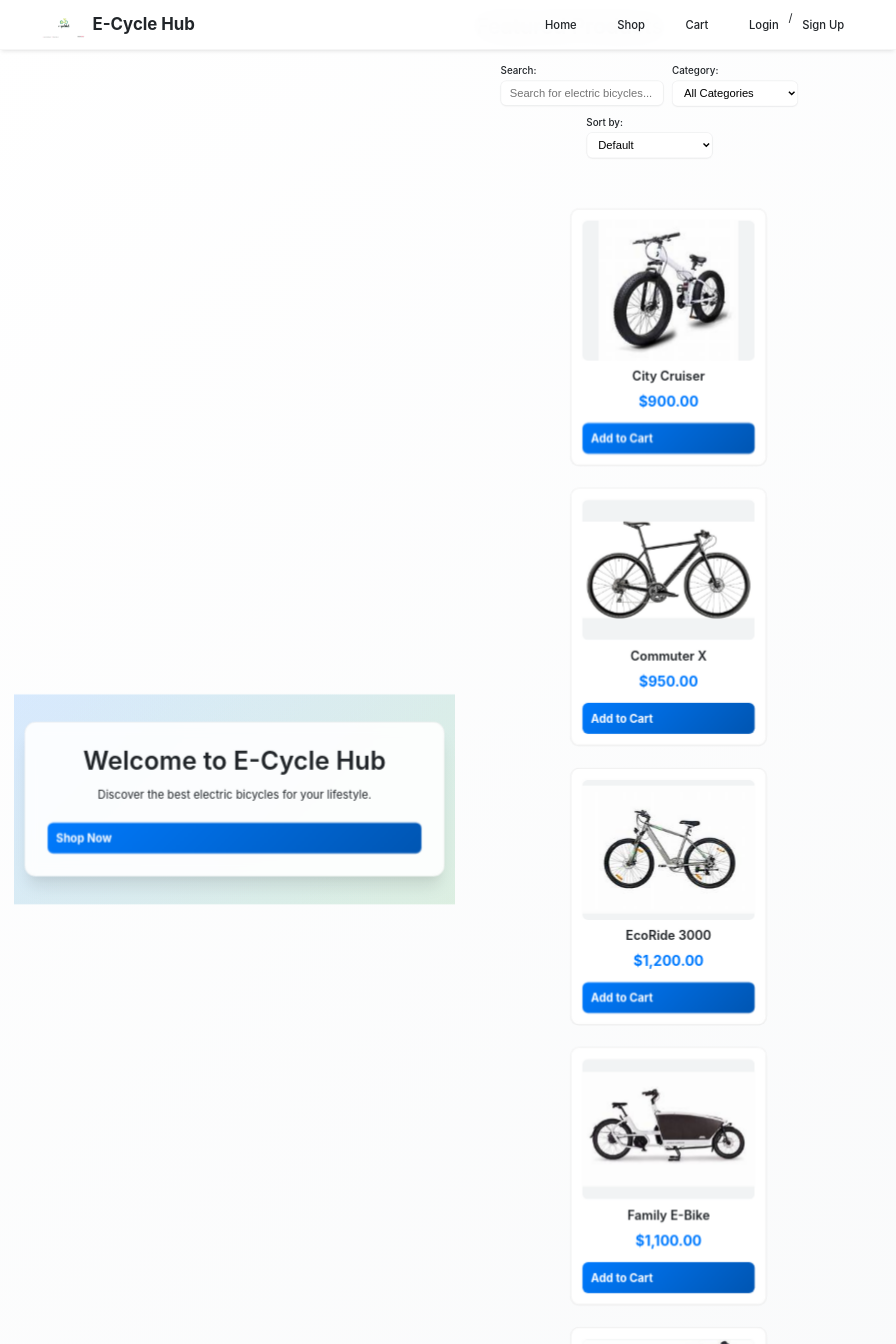
Repository: Rutuja-g/E-Cycle-Hub
Page: public/index.html
An editor plug-in stored every save of this project. The page is shown before and after the next save, followed by the edit.
The browser window is 1280 px wide. The pictures show the part of the page from y = 0 to 1920 px (the page is 2662 px tall before and 1730 px after), at 70% of full size.

Above is the page before, as saved 2025-10-26 00:31:22.

### public/index.html
<!DOCTYPE html>
<html lang="en">
  <head>
    <meta charset="UTF-8" />
    <meta name="viewport" content="width=device-width, initial-scale=1.0" />
    <title>E-Cycle Hub - Home</title>
    <link rel="stylesheet" href="css/variables.css" />
    <link rel="stylesheet" href="css/main.css" />
    <link rel="stylesheet" href="css/auth.css" />
    <link
      rel="stylesheet"
      href="https://cdnjs.cloudflare.com/ajax/libs/font-awesome/6.0.0-beta3/css/all.min.css"
    />
  </head>
  <body>
    <div id="header"></div>

    <main>
      <section class="welcome">
        <div class="welcome-content">
          <h1>Welcome to E-Cycle Hub</h1>
          <p>Discover the best electric bicycles for your lifestyle.</p>
          <a href="shop.html" class="btn btn-primary">Shop Now</a>
        </div>
      </section>

      <section class="featured-products">
        <div class="container">
          <h2>Featured Products</h2>
          <div class="grid grid--featured">
            <!-- Products will be loaded here -->
          </div>
        </div>
      </section>
    </main>

    <footer>
      <div id="footer"></div>
    </footer>

    <!-- Product Details Modal -->
    <div id="productModal" class="modal">
      <div class="modal-content">
        <span class="close">&times;</span>
        <div class="modal-body">
          <img id="modalImage" src="" alt="Product Image" />
          <h2 id="modalName"></h2>
          <p id="modalDescription"></p>
          <button id="modalAddToCart" class="btn btn-primary">
            Add to Cart
          </button>
        </div>
      </div>
    </div>

    <script src="js/components.js"></script>
    <script src="js/utils.js"></script>
    <script src="js/main.js"></script>
    <script src="js/auth.js"></script>
  </body>
</html>

### public/css/variables.css
:root {
  /* Enhanced Color Palette */
  --primary-color: #007bff; /* Electric Blue */
  --primary-hover: #0056b3; /* Darker Blue for hover */
  --primary-light: #e3f2fd; /* Light Blue Background */
  --primary-gradient: linear-gradient(135deg, #007bff 0%, #0056b3 100%);
  --secondary-color: #28a745; /* Success Green */
  --secondary-hover: #218838; /* Darker Green */
  --secondary-light: #e8f5e8; /* Light Green Background */
  --secondary-gradient: linear-gradient(135deg, #28a745 0%, #218838 100%);
  --accent-color: #ffc107; /* Warning Yellow */
  --accent-hover: #e0a800; /* Darker Yellow */
  --accent-light: #fff8e1; /* Light Yellow Background */
  --danger-color: #dc3545; /* Danger Red */
  --danger-hover: #c82333; /* Darker Red */
  --danger-light: #fce4e4; /* Light Red Background */

  /* Neutral Colors */
  --background-color: #ffffff; /* Pure White */
  --background-gradient: linear-gradient(135deg, #ffffff 0%, #f8f9fa 100%);
  --surface-color: #f8f9fa; /* Light Gray Surface */
  --surface-light: #f1f3f4; /* Very Light Surface */
  --card-color: #ffffff; /* Card Background */
  --text-color: #212529; /* Dark Gray Text */
  --text-muted: #6c757d; /* Muted Text */
  --text-light: #868e96; /* Lighter Text */
  --border-color: #dee2e6; /* Light Border */
  --border-light: #f1f3f4; /* Very Light Border */
  --border-focus: #007bff; /* Focus Border */

  /* Typography */
  --font-family: "Poppins", -apple-system, BlinkMacSystemFont, "Segoe UI",
    Roboto, sans-serif;
  --font-size-xs: 0.75rem; /* 12px */
  --font-size-sm: 0.875rem; /* 14px */
  --font-size-base: 1rem; /* 16px */
  --font-size-lg: 1.125rem; /* 18px */
  --font-size-xl: 1.25rem; /* 20px */
  --font-size-2xl: 1.5rem; /* 24px */
  --font-size-3xl: 1.875rem; /* 30px */
  --font-size-4xl: 2.25rem; /* 36px */
  --font-size-5xl: 3rem; /* 48px */

  --font-weight-light: 300;
  --font-weight-normal: 400;
  --font-weight-medium: 500;
  --font-weight-semibold: 600;
  --font-weight-bold: 700;

  --line-height-tight: 1.25;
  --line-height-normal: 1.5;
  --line-height-relaxed: 1.75;

  /* Spacing Scale */
  --spacing-xs: 0.25rem; /* 4px */
  --spacing-sm: 0.5rem; /* 8px */
  --spacing-md: 0.75rem; /* 12px */
  --spacing-lg: 1rem; /* 16px */
  --spacing-xl: 1.25rem; /* 20px */
  --spacing-2xl: 1.5rem; /* 24px */
  --spacing-3xl: 2rem; /* 32px */
  --spacing-4xl: 2.5rem; /* 40px */
  --spacing-5xl: 3rem; /* 48px */
  --spacing-6xl: 4rem; /* 64px */

  /* Layout */
  --max-width-xs: 20rem; /* 320px */
  --max-width-sm: 24rem; /* 384px */
  --max-width-md: 28rem; /* 448px */
  --max-width-lg: 32rem; /* 512px */
  --max-width-xl: 36rem; /* 576px */
  --max-width-2xl: 42rem; /* 672px */
  --max-width-3xl: 48rem; /* 768px */
  --max-width-4xl: 56rem; /* 896px */
  --max-width-5xl: 64rem; /* 1024px */
  --max-width-6xl: 72rem; /* 1152px */
  --max-width-7xl: 80rem; /* 1280px */
  --max-width-full: 100%;

  /* Border Radius */
  --border-radius-none: 0;
  --border-radius-sm: 0.125rem; /* 2px */
  --border-radius: 0.25rem; /* 4px */
  --border-radius-md: 0.375rem; /* 6px */
  --border-radius-lg: 0.5rem; /* 8px */
  --border-radius-xl: 0.75rem; /* 12px */
  --border-radius-2xl: 1rem; /* 16px */
  --border-radius-3xl: 1.5rem; /* 24px */
  --border-radius-full: 9999px;

  /* Enhanced Shadows */
  --shadow-sm: 0 1px 2px 0 rgba(0, 0, 0, 0.05);
  --shadow: 0 1px 3px 0 rgba(0, 0, 0, 0.1), 0 1px 2px 0 rgba(0, 0, 0, 0.06);
  --shadow-md: 0 4px 6px -1px rgba(0, 0, 0, 0.1),
    0 2px 4px -1px rgba(0, 0, 0, 0.06);
  --shadow-lg: 0 10px 15px -3px rgba(0, 0, 0, 0.1),
    0 4px 6px -2px rgba(0, 0, 0, 0.05);
  --shadow-xl: 0 20px 25px -5px rgba(0, 0, 0, 0.1),
    0 10px 10px -5px rgba(0, 0, 0, 0.04);
  --shadow-2xl: 0 25px 50px -12px rgba(0, 0, 0, 0.25);
  --shadow-inner: inset 0 2px 4px 0 rgba(0, 0, 0, 0.06);
  --shadow-glow: 0 0 20px rgba(0, 123, 255, 0.3);

  /* Transitions */
  --transition-fast: 150ms ease-in-out;
  --transition-normal: 250ms ease-in-out;
  --transition-slow: 350ms ease-in-out;

  /* Z-Index Scale */
  --z-dropdown: 1000;
  --z-sticky: 1020;
  --z-fixed: 1030;
  --z-modal-backdrop: 1040;
  --z-modal: 1050;
  --z-popover: 1060;
  --z-tooltip: 1070;
}

### public/css/auth.css
/* Enhanced Auth styles for login and signup pages */

body {
  margin: 0;
  font-family: var(--font-family);
  line-height: var(--line-height-normal);
  color: var(--text-color);
  background: var(--background-gradient);
  min-height: 100vh;
  display: flex;
  flex-direction: column;
  -webkit-font-smoothing: antialiased;
  -moz-osx-font-smoothing: grayscale;
}

header,
footer {
  background: var(--header-footer-bg, #f8f8f8);
  padding: 20px 0;
}

main {
  flex: 1;
  display: flex;
  align-items: center;
  justify-content: center;
  padding: 20px;
}

.login-form,
.signup-form {
  background: rgba(255, 255, 255, 0.95);
  backdrop-filter: blur(20px);
  padding: 40px;
  border-radius: var(--border-radius-xl);
  box-shadow: var(--shadow-2xl);
  border: 1px solid rgba(255, 255, 255, 0.2);
  width: 100%;
  max-width: 350px;
  text-align: center;
  animation: slideUp 0.8s ease-out;
  position: relative;
  overflow: hidden;
}

.login-form::before,
.signup-form::before {
  content: "";
  position: absolute;
  top: 0;
  left: -100%;
  width: 100%;
  height: 100%;
  background: linear-gradient(
    90deg,
    transparent,
    rgba(0, 123, 255, 0.05),
    transparent
  );
  transition: left 0.8s ease;
  z-index: -1;
}

.login-form:hover::before,
.signup-form:hover::before {
  left: 100%;
}

.login-form h2,
.signup-form h2 {
  font-size: 2em;
  margin-bottom: 30px;
  color: var(--primary-color, #4caf50);
  font-weight: bold;
}

.form-group {
  margin-bottom: 20px;
  text-align: left;
}

.form-group label {
  display: block;
  margin-bottom: 5px;
  font-weight: bold;
  color: var(--text-color, #333);
}

.form-group input {
  width: 100%;
  padding: 12px;
  border: 1px solid #ddd;
  border-radius: var(--border-radius, 5px);
  background: #f9f9f9;
  font-size: 1em;
  transition: all 0.3s ease;
  box-sizing: border-box;
}

.form-group input:focus {
  outline: none;
  background: #fff;
  border-color: var(--primary-color, #4caf50);
  box-shadow: 0 0 0 3px rgba(76, 175, 80, 0.3);
}

.btn {
  width: 100%;
  padding: 12px;
  background: var(--primary-gradient);
  color: white;
  border: none;
  border-radius: var(--border-radius-lg);
  font-size: 1em;
  font-weight: bold;
  cursor: pointer;
  transition: all var(--transition-normal);
  margin-top: 10px;
  box-shadow: var(--shadow-sm);
  position: relative;
  overflow: hidden;
}

.btn::before {
  content: "";
  position: absolute;
  top: 0;
  left: -100%;
  width: 100%;
  height: 100%;
  background: linear-gradient(
    90deg,
    transparent,
    rgba(255, 255, 255, 0.2),
    transparent
  );
  transition: left 0.5s ease;
}

.btn:hover {
  background: var(--primary-gradient);
  transform: translateY(-3px) scale(1.02);
  box-shadow: var(--shadow-lg);
  animation: glow 0.6s ease-in-out;
}

.btn:hover::before {
  left: 100%;
}

.btn:active {
  transform: translateY(-1px) scale(0.98);
}

.login-form p,
.signup-form p {
  margin-top: 20px;
  font-size: 0.9em;
  color: #666;
}

.login-form a,
.signup-form a {
  color: var(--primary-color, #4caf50);
  text-decoration: none;
  transition: color 0.3s ease;
}

.login-form a:hover,
.signup-form a:hover {
  color: #388e3c;
  text-decoration: underline;
}

.error {
  color: var(--secondary-color, #ff5722);
  font-size: 0.8em;
  margin-top: 5px;
  display: block;
  opacity: 0;
  transition: opacity 0.3s ease;
}

.error.show {
  opacity: 1;
}

.success {
  color: var(--primary-color, #4caf50);
  font-size: 0.9em;
  margin-top: 10px;
  opacity: 0;
  transition: opacity 0.3s ease;
}

.success.show {
  opacity: 1;
}

.logo-auth {
  margin-bottom: 20px;
}

.logo-auth img {
  height: 50px;
}

/* Responsive styles */
@media (max-width: 768px) {
  main {
    padding: 10px;
  }

  .login-form,
  .signup-form {
    padding: 30px 20px;
    max-width: 100%;
    margin: 20px auto;
  }

  .login-form h2,
  .signup-form h2 {
    font-size: 1.8em;
  }

  .form-group input {
    padding: 10px;
    font-size: 0.9em;
  }

  .btn {
    padding: 10px;
    font-size: 0.9em;
  }
}

@media (max-width: 480px) {
  header nav .nav-links {
    display: none;
  }

  main {
    padding: 5px;
  }

  .login-form,
  .signup-form {
    padding: 20px 15px;
    margin: 10px;
    border-radius: 8px;
  }

  .login-form h2,
  .signup-form h2 {
    font-size: 1.5em;
    margin-bottom: 20px;
  }

  .form-group {
    margin-bottom: 15px;
  }

  .form-group input {
    padding: 8px;
    font-size: 0.85em;
  }

  .btn {
    padding: 8px;
    font-size: 0.85em;
  }

  .logo-auth img {
    height: 40px;
  }
}

### public/components/header.html
<nav class="navbar">
  <div class="nav-container">
    <div class="logo">
      <a href="index.html">
        <img src="assets/images/logo.jpg" alt="E-Cycle Hub Logo" />
        <span>E-Cycle Hub</span>
      </a>
    </div>
    <div class="nav-toggle" id="navToggle">
      <span></span>
      <span></span>
      <span></span>
    </div>
    <ul class="nav-links" id="navLinks">
      <li><a href="index.html" class="nav-link">Home</a></li>
      <li><a href="shop.html" class="nav-link">Shop</a></li>
      <li><a href="cart.html" class="nav-link">Cart</a></li>
      <li id="user-info" style="display: none">
        <span id="user-name"></span>
        <a href="orders.html" class="nav-link">My Orders</a>
        <a href="#" id="logout" class="nav-link">Logout</a>
      </li>
      <li id="auth-links">
        <a href="login.html" class="nav-link">Login</a>
        <span>/</span>
        <a href="signup.html" class="nav-link">Sign Up</a>
      </li>
    </ul>
  </div>
</nav>

### public/components/footer.html
<footer class="footer">
  <div class="container">
    <div class="footer-content">
      <div class="footer-logo">
        <h2>E-Cycle Hub</h2>
      </div>
      <div class="footer-links">
        <ul>
          <li><a href="about.html">About Us</a></li>
          <li><a href="contact.html">Contact</a></li>
          <li><a href="shop.html">Shop</a></li>
          <li><a href="cart.html">Cart</a></li>
        </ul>
      </div>
      <div class="footer-social">
        <a href="#" aria-label="Facebook"><i class="fab fa-facebook-f"></i></a>
        <a href="#" aria-label="Twitter"><i class="fab fa-twitter"></i></a>
        <a href="#" aria-label="Instagram"><i class="fab fa-instagram"></i></a>
      </div>
    </div>
    <div class="footer-bottom">
      <p>&copy; <span id="year"></span> E-Cycle Hub. All rights reserved.</p>
    </div>
  </div>
</footer>

Loaded but not shown: public/assets/data/products.json (47 lines, source omitted); public/js/main.js (331 lines, source omitted); public/js/auth.js (289 lines, source omitted); public/js/utils.js (134 lines, source omitted); public/js/components.js (31 lines, source omitted); public/css/main.css (2822 lines, source omitted)

After the next save:
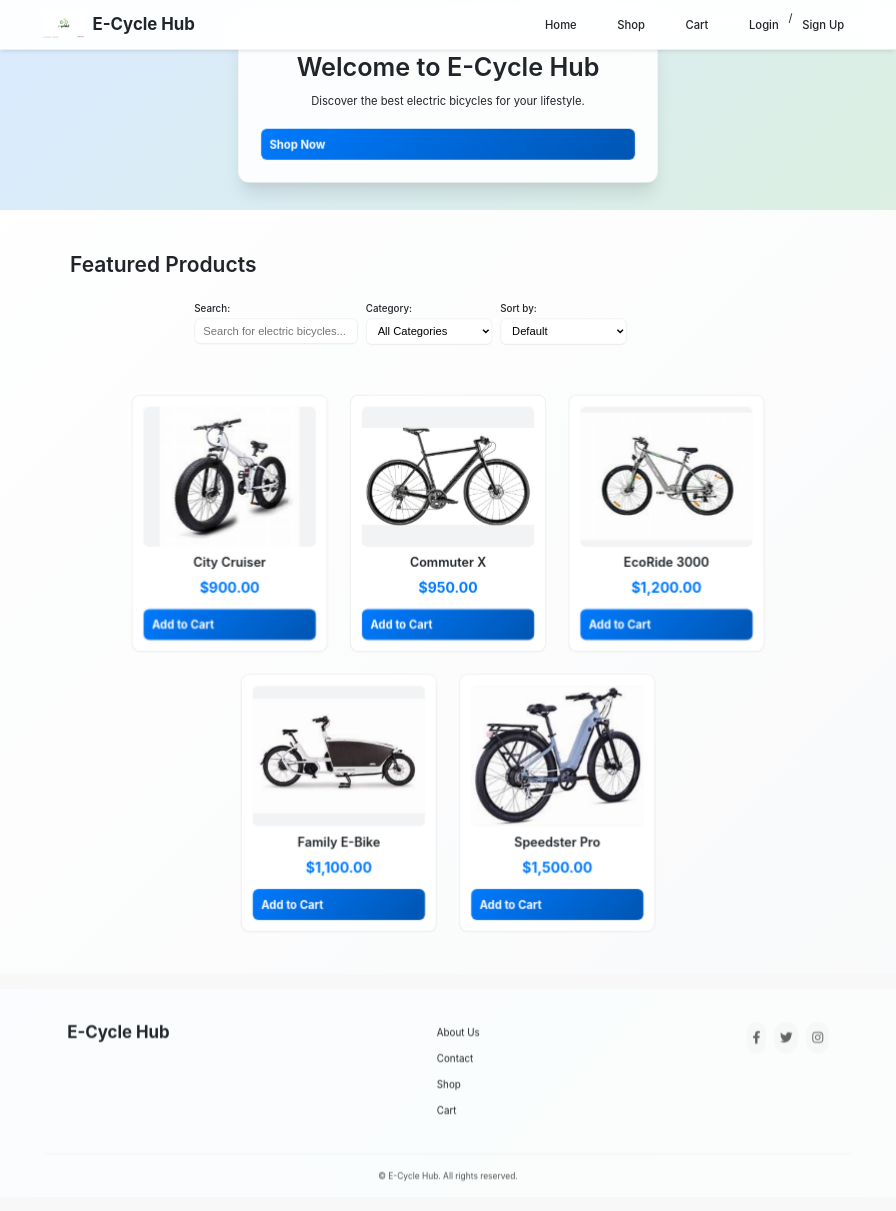
Saved 2 min 43 s later.
--- a/public/index.html
+++ b/public/index.html
@@ -15,15 +15,15 @@
   <body>
     <div id="header"></div>
 
+    <section class="welcome">
+      <div class="welcome-content">
+        <h1>Welcome to E-Cycle Hub</h1>
+        <p>Discover the best electric bicycles for your lifestyle.</p>
+        <a href="shop.html" class="btn btn-primary">Shop Now</a>
+      </div>
+    </section>
+
     <main>
-      <section class="welcome">
-        <div class="welcome-content">
-          <h1>Welcome to E-Cycle Hub</h1>
-          <p>Discover the best electric bicycles for your lifestyle.</p>
-          <a href="shop.html" class="btn btn-primary">Shop Now</a>
-        </div>
-      </section>
-
       <section class="featured-products">
         <div class="container">
           <h2>Featured Products</h2>
